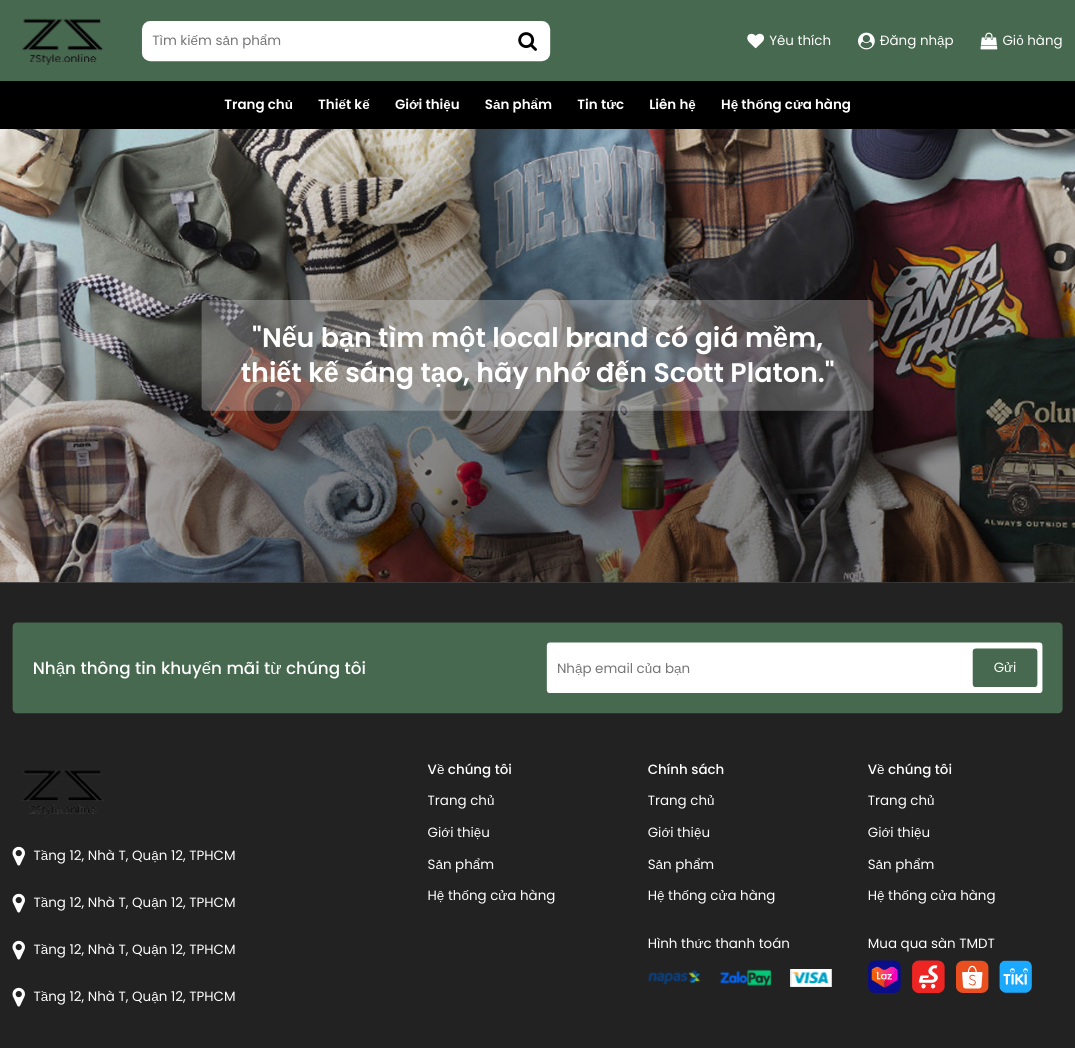
Repository: Toan3333/duanmau
Page: assets/pages/gioithieu.html
The author's editor kept a copy of each file at every save. The page is drawn from the files as they stood at one save, then again after the next save.
The browser window is 1280 px wide. The pictures show the whole page, at 84% of full size.
Some web libraries are served in a nearby version.

Above is the page before, as saved 2023-11-07 21:25:08.
Console error: TypeError: Cannot read properties of null (reading 'addEventListener')

After the next save:
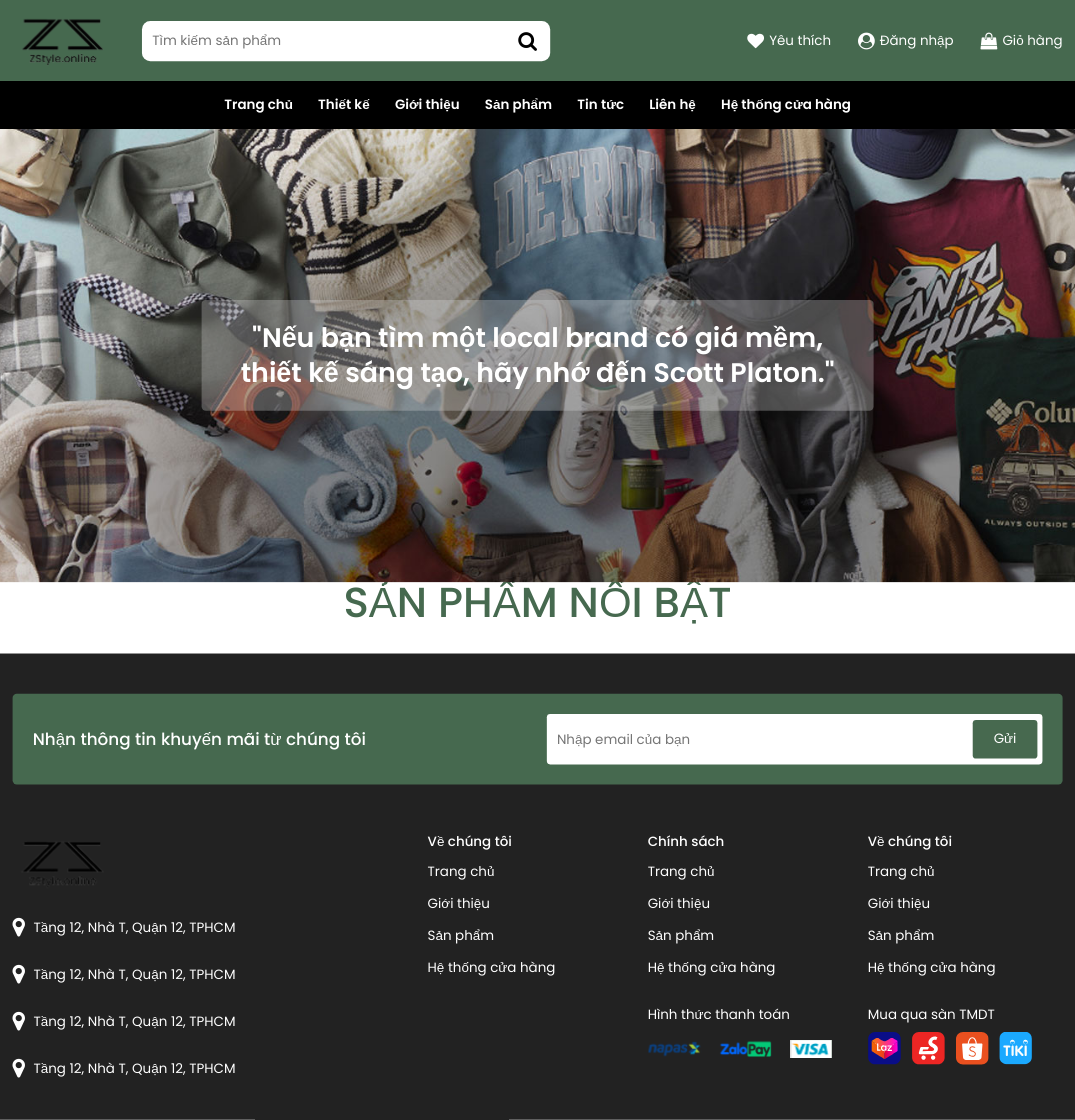
Saved 42 s later.
--- a/assets/pages/gioithieu.html
+++ b/assets/pages/gioithieu.html
@@ -104,6 +104,11 @@
         </div>
       </div>
       <!-- BANNER END -->
+      <section class="intro">
+        <div class="container">
+          <div class="heading-primary">SẢN PHẨM NỔI BẬT</div>
+        </div>
+      </section>
       <footer class="footer">
         <div class="container">
           <div class="footer-box">
